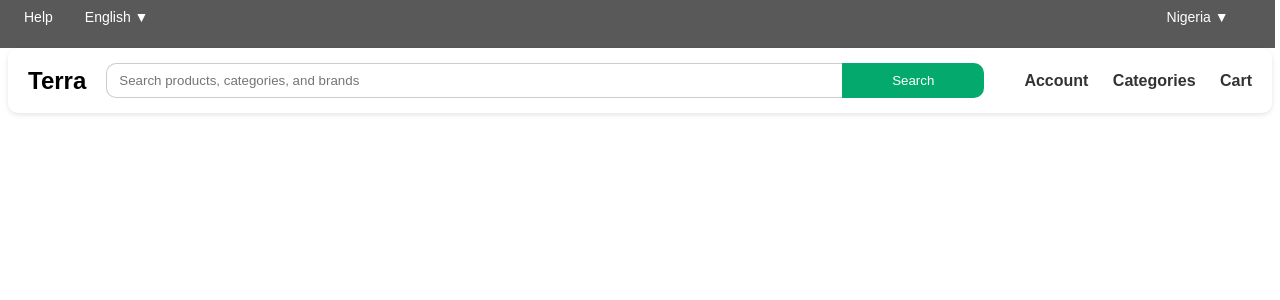
Repository: Femi007-gh/e-commerce
Page: index.html
An editor plug-in stored every save of this project. The page is shown before and after a run of saves, followed by the edit.
The browser window is 1280 px wide. The pictures show the whole page.

Above is the page before, as saved 2025-04-28 19:29:30.

After the next 2 saves:
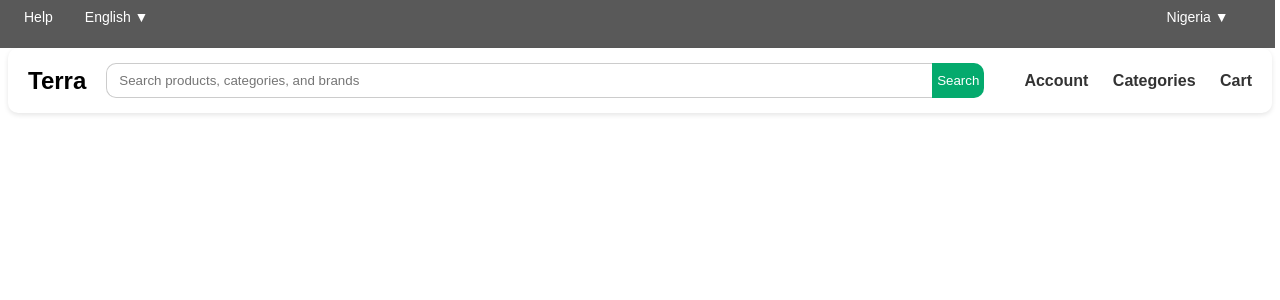
The 2 saves are shown as one change because they came seconds apart.
The last was saved 10 s later.
--- a/style.css
+++ b/style.css
@@ -106,7 +106,7 @@ body{
   border: none;
   border-radius: 0 10px 10px 0;
   cursor: pointer;
-  padding: 10px 50px;
+  padding: 10px 5px;
 }
 
 .nav-icons a {
